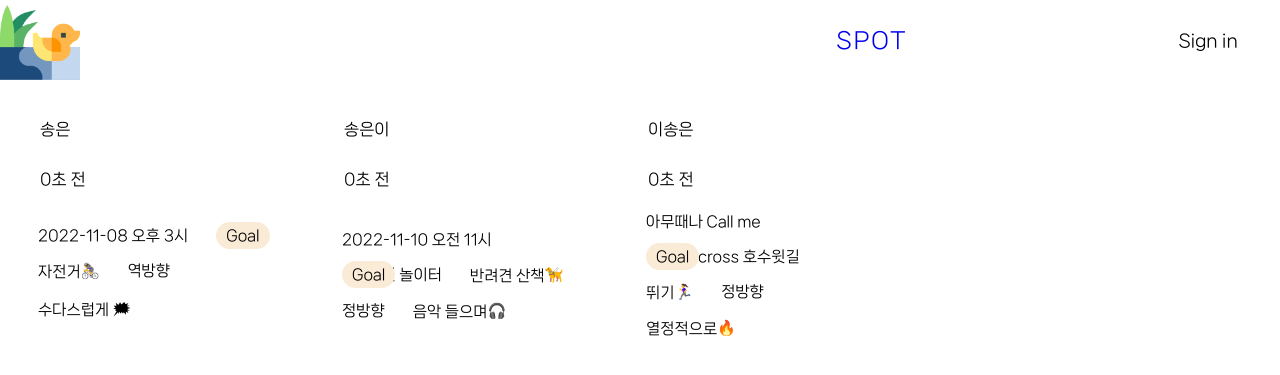
Repository: songeunleee/youngrangho
Page: /
These files come from the project's save history. The page is drawn as it stood at one moment and after the next save; the edit follows.
The browser window is 1280 px wide. The pictures show the whole page.
Some web libraries are served in a nearby version. The project was rebuilt for these pictures with package versions that can differ from the ones it lists, and the page was loaded fresh each time. Some packages were replaced by stand-ins written for this rebuild. Also part of the build but not shown: src/app.module.css, src/components/activity/activity.module.css, src/components/footer/footer.module.css, src/components/footer/footer.jsx, src/components/home/home.module.css, src/components/home/home.jsx, src/components/add_spot/add_spot.module.css, src/components/add_spot/add_spot.jsx and 6 more.

Above is the page before, as saved 2022-11-08 06:53:21.

After the next save:
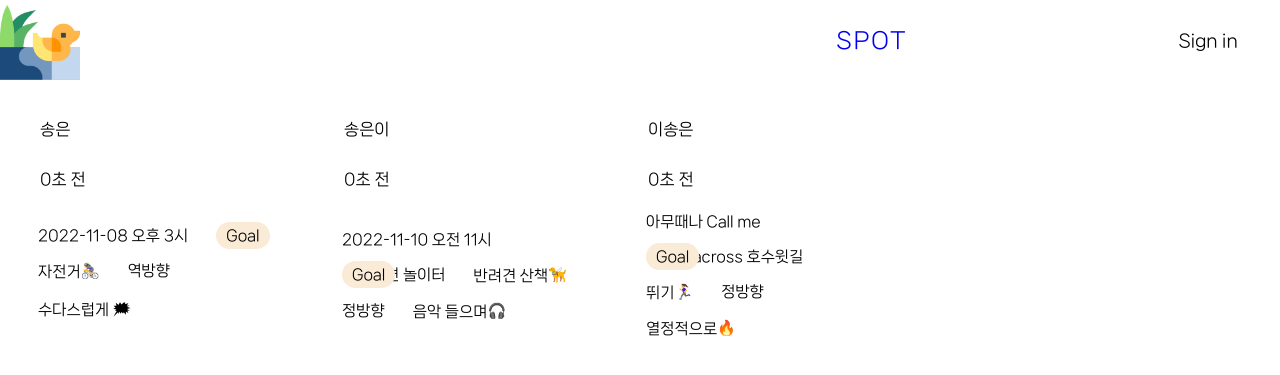
Saved 4 s later.
--- a/src/components/activity_item/activity_item.module.css
+++ b/src/components/activity_item/activity_item.module.css
@@ -55,7 +55,7 @@
 }
 
 .chip.goal::before {
-  content: "\00a0\00a0\00a0";
+  content: "\00a0\00a0\00a0\00a0";
 }
 
 .chop.goal {
